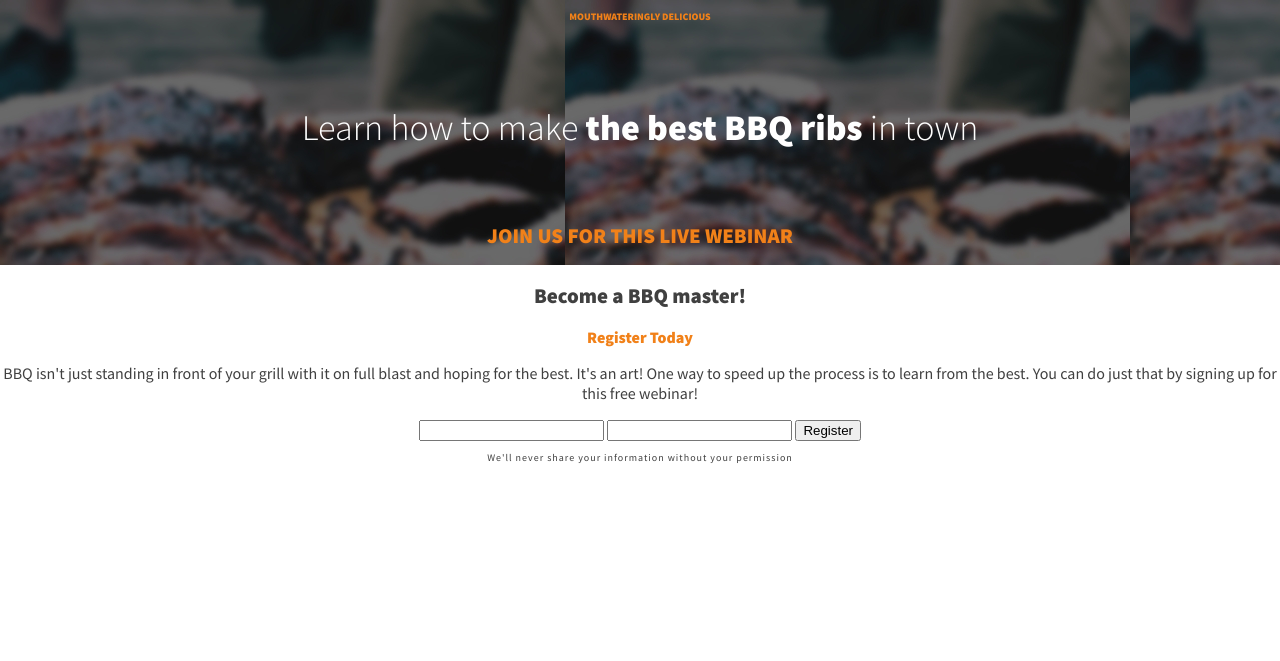
Repository: Doumham-Armah/BBQ-landing-page
Page: index.html
An editor plug-in stored every save of this project. The page is shown before and after the next save, followed by the edit.
The browser window is 1280 px wide. The pictures show the whole page.

Above is the page before, as saved 2021-09-04 18:21:03.

After the next save:
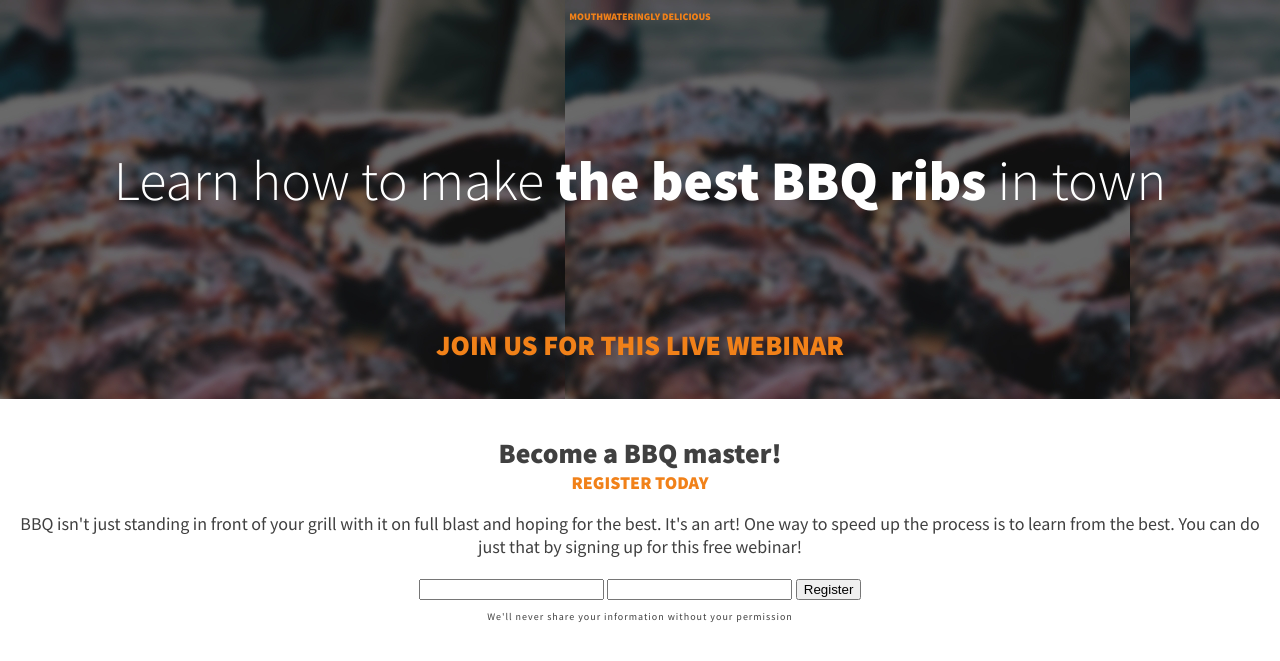
Saved 16 min 26 s later.
--- a/styles.css
+++ b/styles.css
@@ -29,11 +29,14 @@ h1 + p {
 
 h2 {
   font-size: 1.3125rem;
+  margin: 0;
 }
 
 h2 + p {
   font-weight: 900;
   color: #f18119;
+  margin-top: 0;
+  text-transform: uppercase;
 }
 
 .top-text {
@@ -60,7 +63,34 @@ strong {
 .intro {
   background-image: url(images/dark-ribs.jpg);
   background-color: #404040;
-  padding: 0 0.25em 1em;
+  padding: 0 0.5em 2em;
   display: flex;
   flex-direction: column;
 }
+
+/* =================
+ main-content section
+ ================= */
+
+.main-content {
+  padding: 2em 1em;
+}
+
+/* =================
+ media queries
+ ================= */
+
+@media (min-width: 500px) {
+  body {
+    font-size: 1.125rem;
+  }
+
+  h1 {
+    font-size: 3.5rem;
+  }
+
+  h2,
+  h1 + p {
+    font-size: 1.75rem;
+  }
+}
